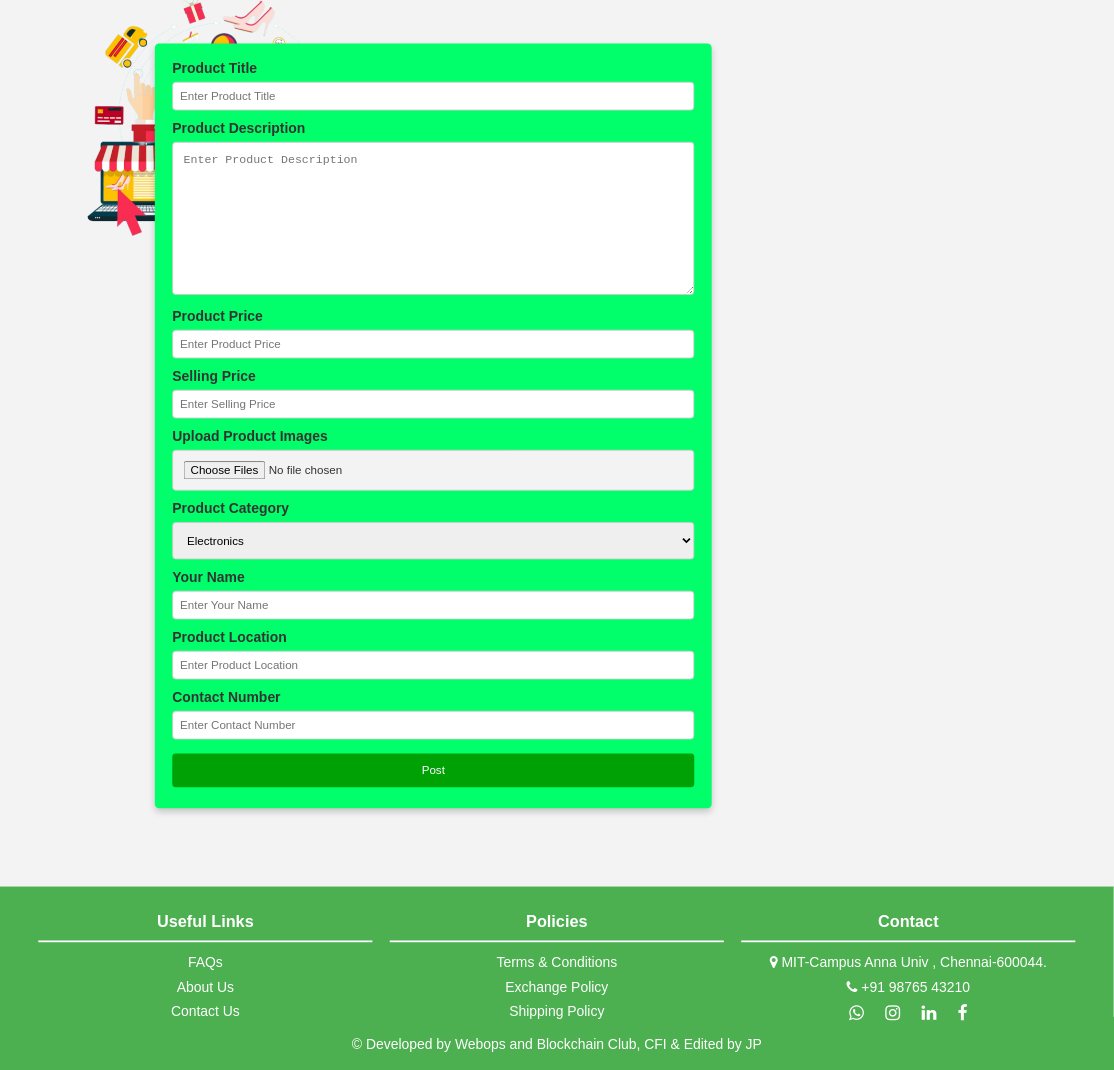
Repository: John-Prabu-A/web-dev-summer-school
Page: Session_1_Assignment/sell.html
An editor plug-in stored every save of this project. The page is shown before and after the next save, followed by the edit.
The browser window is 1280 px wide. The pictures show the whole page, at 87% of full size.

Above is the page before, as saved 2024-06-20 15:40:34.

After the next save:
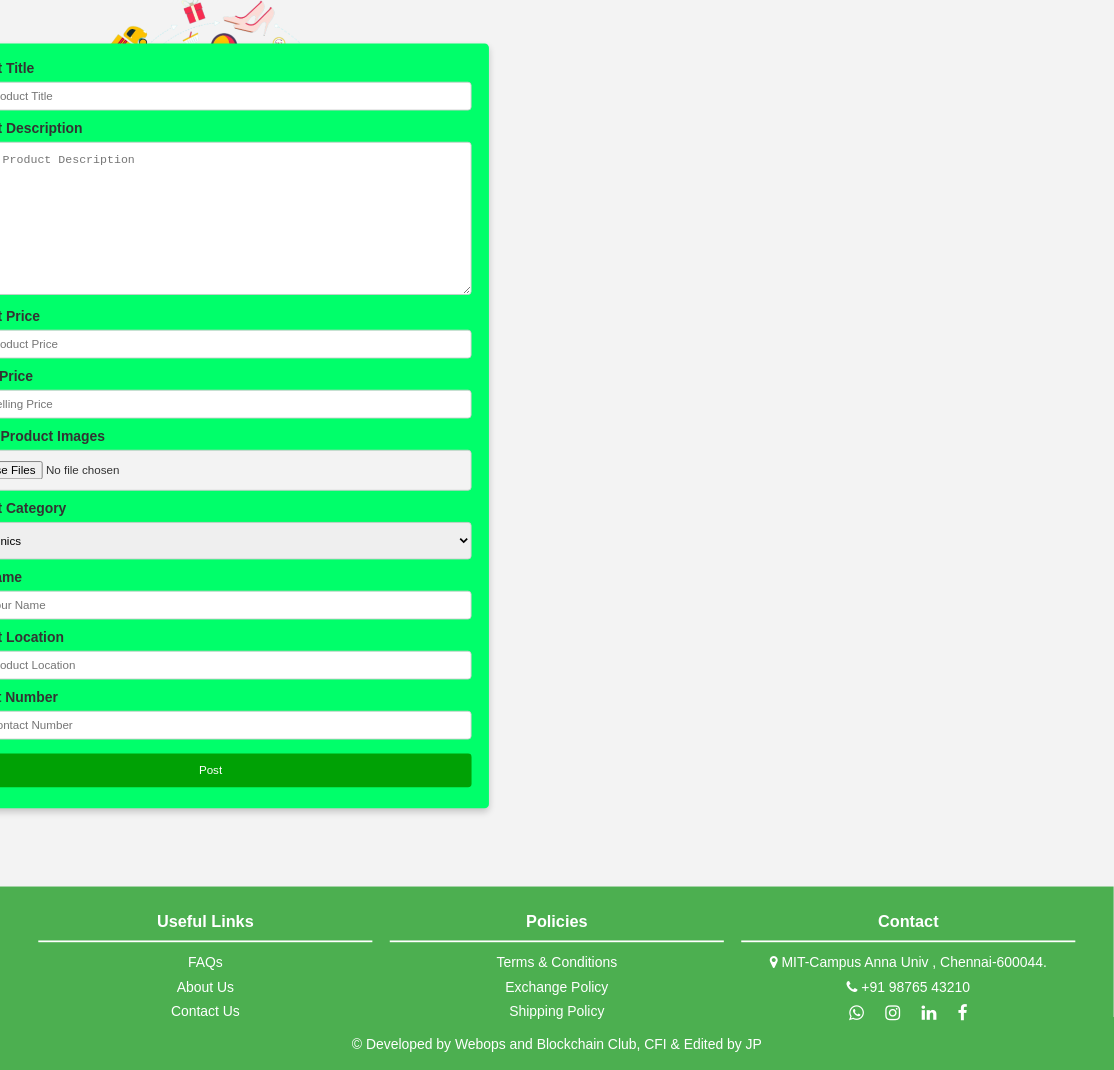
Saved 20 s later.
--- a/Session_1_Assignment/sell.html
+++ b/Session_1_Assignment/sell.html
@@ -30,7 +30,7 @@
             position: relative;
             padding: 16px;
             background-color: white;
-            left: 10dvw;
+            right: 10dvw;
             margin: 50px;
             width: 50%;
             border-radius: 10px;

After the save that followed:
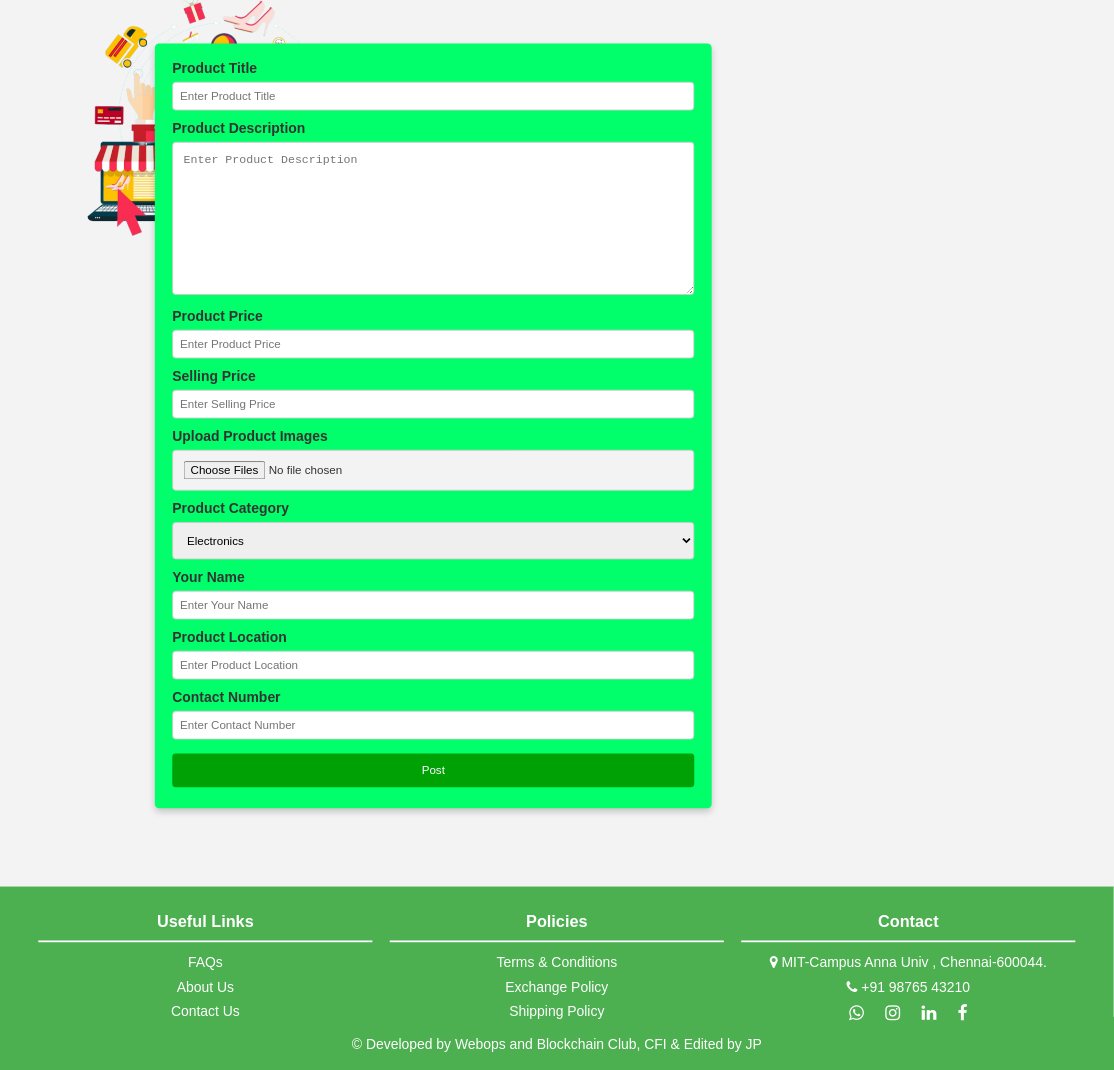
Saved 7 s later.
--- a/Session_1_Assignment/sell.html
+++ b/Session_1_Assignment/sell.html
@@ -30,7 +30,7 @@
             position: relative;
             padding: 16px;
             background-color: white;
-            right: 10dvw;
+            left: 10dvw;
             margin: 50px;
             width: 50%;
             border-radius: 10px;
